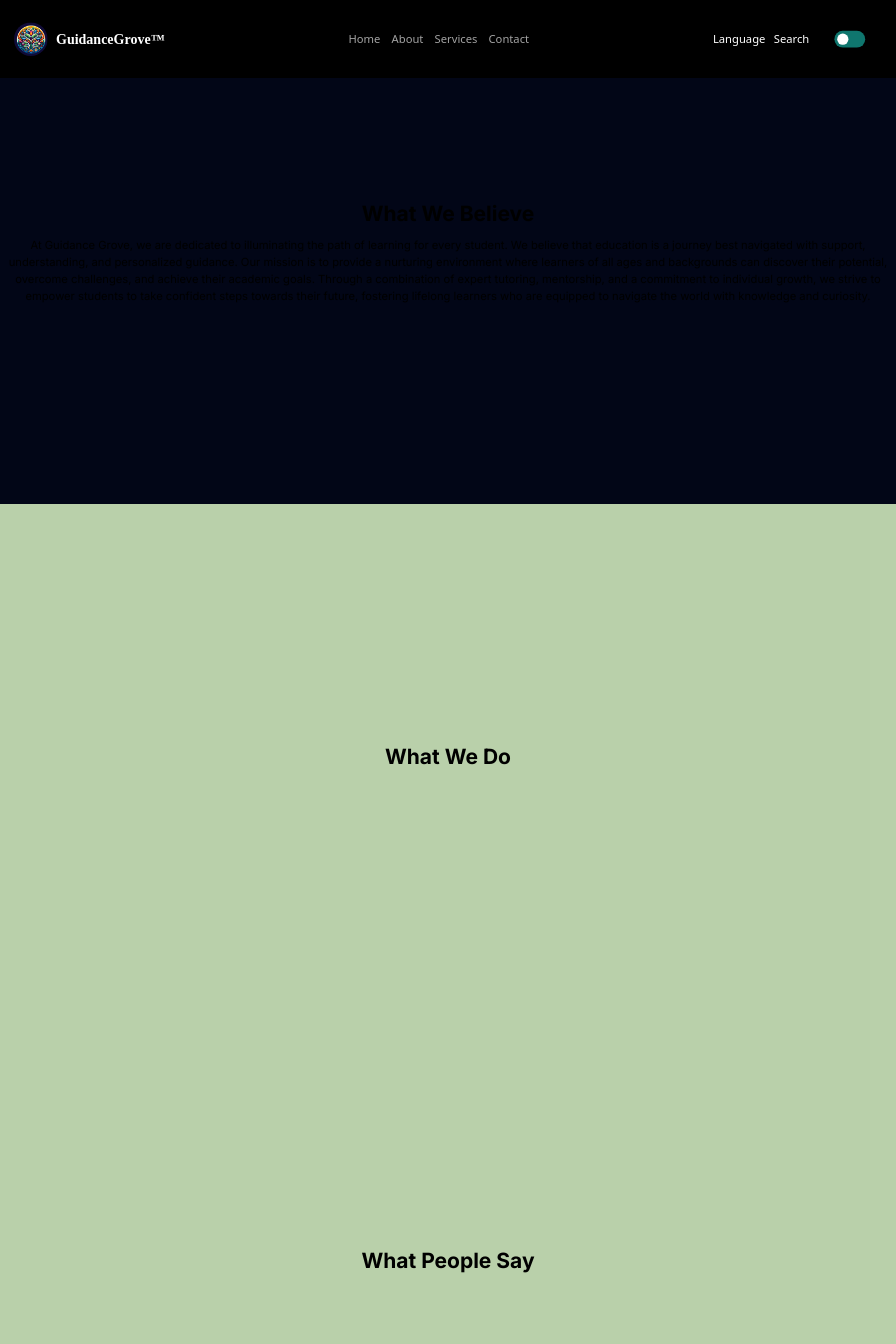
Repository: PositiveGuy/GuidanceGrove
Page: /
An editor plug-in stored every save of this project. The page is shown before and after the next save, followed by the edit.
The browser window is 1280 px wide. The pictures show the part of the page from y = 0 to 1920 px (the page is 3874 px tall), at 70% of full size.
The project was rebuilt for these pictures with package versions that can differ from the ones it lists, and the page was loaded fresh each time. The framework's server and built-in components were replaced by stand-ins that run in the browser. Also part of the build but not shown: next.config.js.

Above is the page before, as saved 2023-12-28 11:29:01.

After the next save:
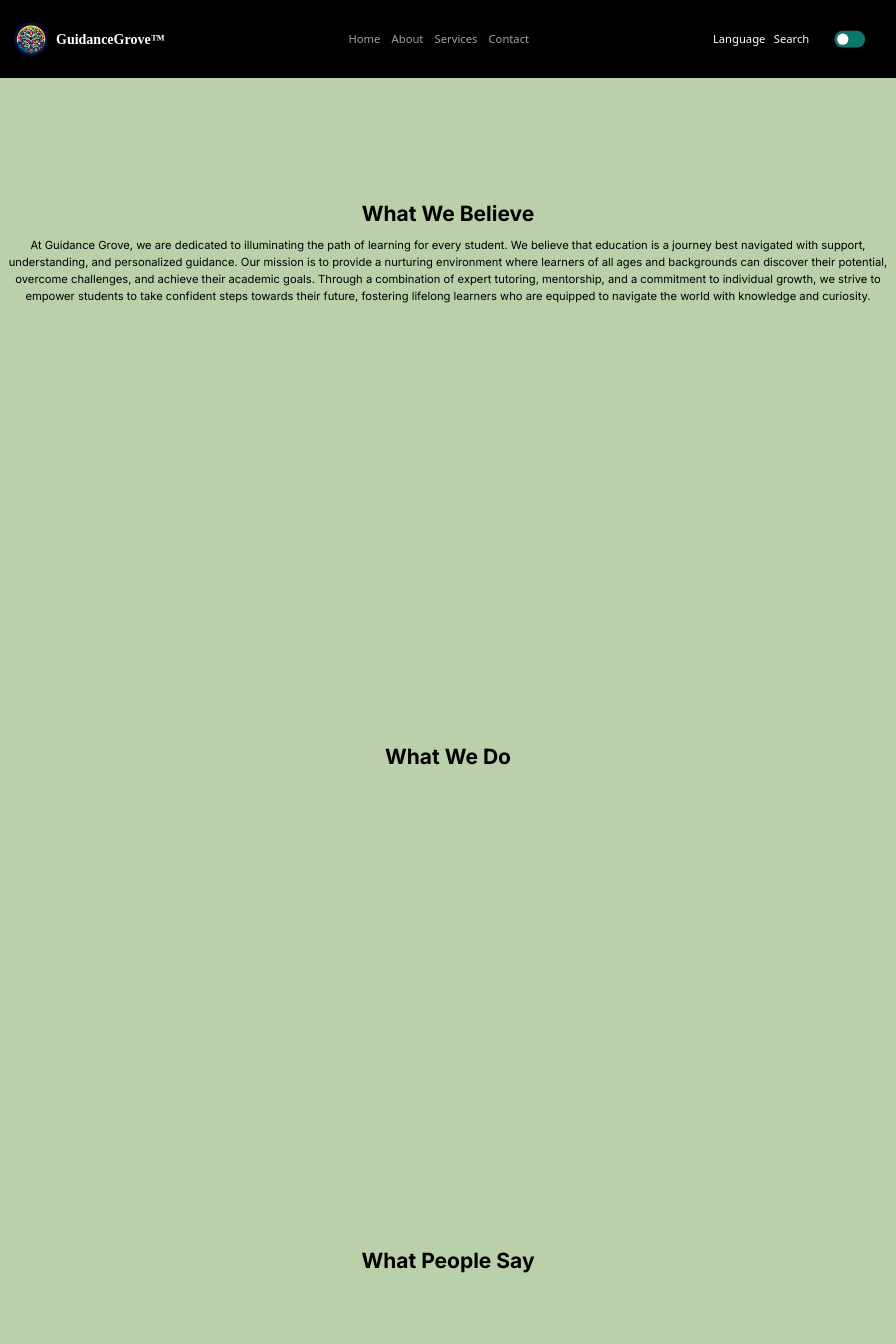
Saved 12 s later.
--- a/src/components/BelieveSection.tsx
+++ b/src/components/BelieveSection.tsx
@@ -5,7 +5,7 @@ import { useContext } from "react";
 const BelieveSection = () => {
   const { theme } = useContext(ThemeContext)
   return (
-    <div id="believe" className={`h-screen flex items-center justify-center ${theme === "light" ? "bg-slate-950" : "bg-red-500"} `}>
+    <div id="believe" className={`h-screen flex items-center justify-center`}>
       <div className="text-center">
         <h2 className="text-3xl font-bold">What We Believe</h2>
         <p className="mt-4">At Guidance Grove, we are dedicated to illuminating the path of learning for every student.
